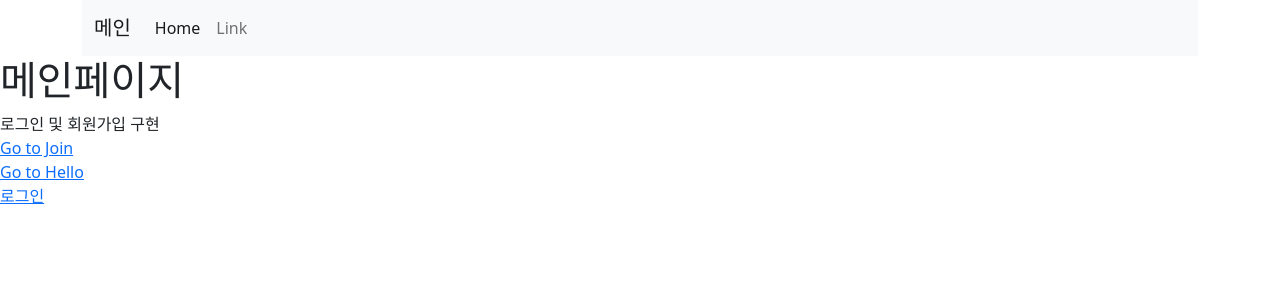
Repository: kjm541006/Ezen
Page: project/src/main/resources/static/index.html
An editor plug-in stored every save of this project. The page is shown before and after the next save, followed by the edit.
The browser window is 1280 px wide. The pictures show the whole page.

Above is the page before, as saved 2023-06-07 07:45:43.

After the next save:
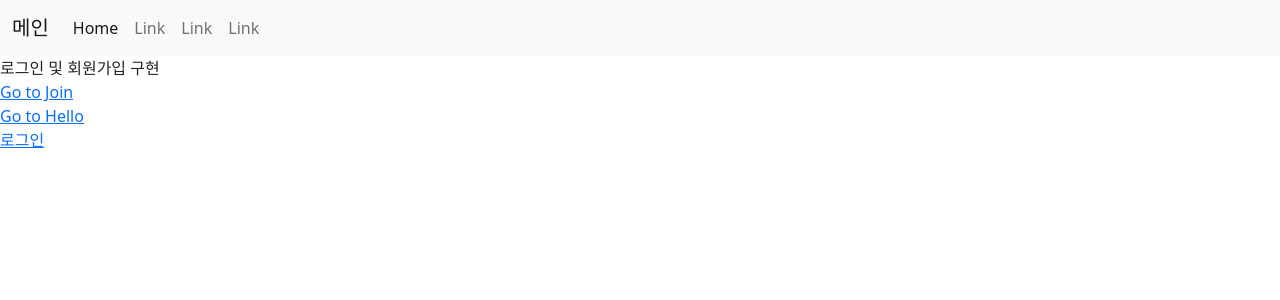
Saved 103 s later.
--- a/project/src/main/resources/static/index.html
+++ b/project/src/main/resources/static/index.html
@@ -9,7 +9,7 @@
 <body>
 	<div class="container">
 		<header class="header">
-			<nav class="navbar navbar-expand-lg bg-light">
+			<nav class="navbar navbar-expand-lg bg-light fixed-top">
 			  <div class="container-fluid">
 			    <a class="navbar-brand" href="#">메인</a>
 			    <button class="navbar-toggler" type="button" data-bs-toggle="collapse" data-bs-target="#navbarSupportedContent" aria-controls="navbarSupportedContent" aria-expanded="false" aria-label="Toggle navigation">
@@ -19,6 +19,12 @@
 			      <ul class="navbar-nav me-auto mb-2 mb-lg-0">
 			        <li class="nav-item">
 			          <a class="nav-link active" aria-current="page" href="/">Home</a>
+			        </li>
+			        <li class="nav-item">
+			          <a class="nav-link" href="#">Link</a>
+			        </li>
+			        <li class="nav-item">
+			          <a class="nav-link" href="#">Link</a>
 			        </li>
 			        <li class="nav-item">
 			          <a class="nav-link" href="#">Link</a>
